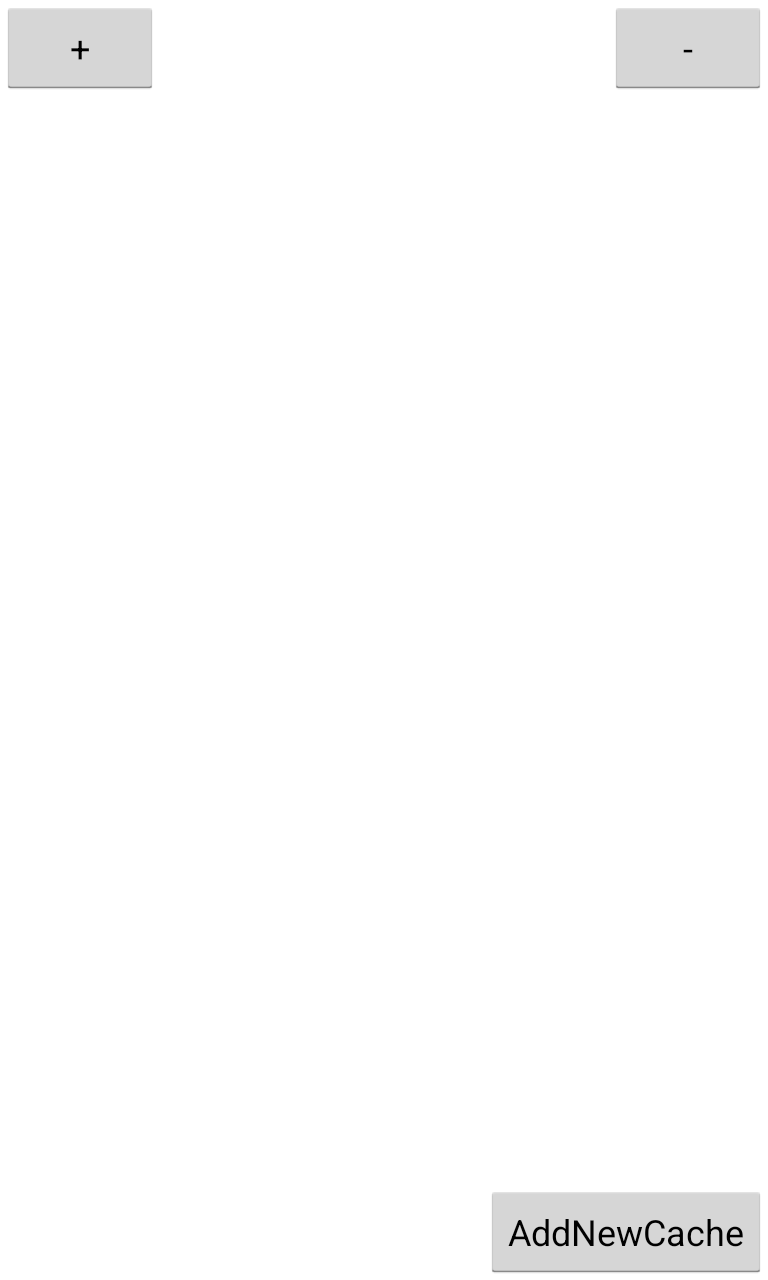
Repository: mpdehnel/seg
Layout: VectorOne/res/layout/activity_radar.xml
An editor plug-in stored every save of this project. The layout is shown before and after a run of saves, followed by the edit.
It is drawn on a 768 x 1280 px phone screen (xhdpi) without system bars, with theme AppTheme; the app's code is not run.

Above is the layout before, as saved 2013-03-14 01:15:49.

### VectorOne/res/layout/activity_radar.xml
<?xml version="1.0" encoding="utf-8"?>
<RelativeLayout xmlns:android="http://schemas.android.com/apk/res/android"
    android:id="@+id/radar_preview"
    android:layout_width="match_parent"
    android:layout_height="match_parent" >

    <Button
        android:id="@+id/addnewCachRadar"
        android:layout_width="wrap_content"
        android:layout_height="wrap_content"
        android:layout_alignParentBottom="true"
        android:layout_alignParentRight="true"
        android:text="@string/addnewCachebutton" />

    <Button
        android:id="@+id/radar_zoomin"
        android:layout_width="80dp"
        android:layout_height="wrap_content"
        android:layout_alignParentLeft="true"
        android:layout_alignParentTop="true"
        android:text="+" />

    <Button
        android:id="@+id/radar_zoomout"
        android:layout_width="80dp"
        android:layout_height="wrap_content"
        android:layout_alignParentRight="true"
        android:layout_alignParentTop="true"
        android:text="-" />

</RelativeLayout>

### VectorOne/res/values/strings.xml
<resources>

    <string name="app_name">CacheCaptains</string>
    <string name="username">Username</string>
    <string name="button_maps">View</string>
    <string name="button_settings">Settings</string>
    <string name="button_user">Me</string>
    <string name="button_cachselect">Caches</string>
    <string name="button_login">LogIn</string>
    <string name="button_clear">Clear</string>
    <string name="button_registration">Register</string>
    <string name="lable_username">username:</string>
    <string name="lable_password">password:</string>
    <string name="question">Help</string>

    <string-array name="Cachs">
        <item>Yes</item>
        <item>No</item>
        <item>All</item>
    </string-array>
    <string-array name="Team">
        <item>My</item>
        <item>NotMine</item>
        <item>All</item>
    </string-array>
    <string-array name="Distance">
        <item>500</item>
        <item>1000</item>
        <item>2000</item>
        <item>5000</item>
        <item>10000</item>
        <item>All</item>
    </string-array>
    <string-array name="Unit">
        <item>m-km</item>
        <item>ft-mile</item>
    </string-array>
       <string-array name="sort">
        <item>name</item>
        <item>distance</item>
    </string-array>

    <string name="leer"></string>

    <string name="addnewCachebutton">AddNewCache</string>

</resources>

Loaded but not shown: VectorOne/res/values/styles.xml (common file); VectorOne/res/values-v11/styles.xml (common file); VectorOne/res/values-v14/styles.xml (common file)

After the next 2 saves:
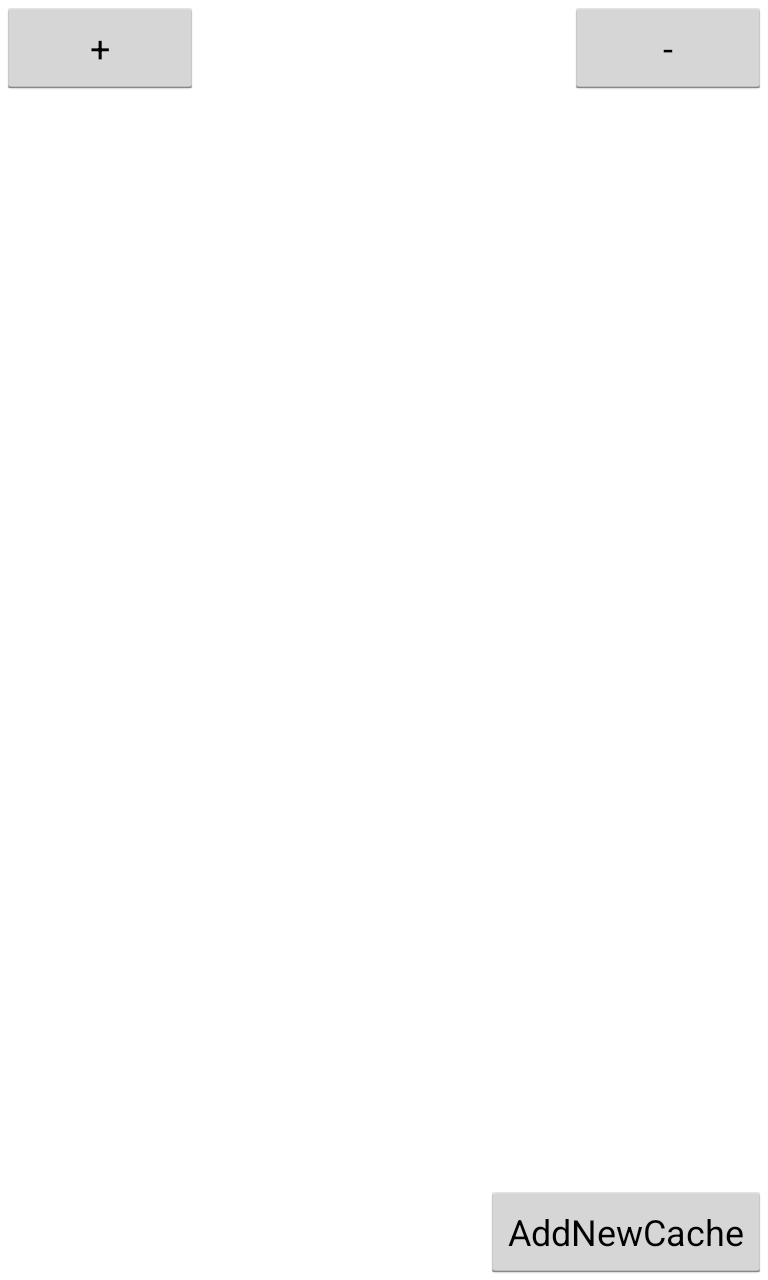
The 2 saves are shown as one change because 1 did not build or start.
The last was saved 2 min 22 s later.
--- a/VectorOne/res/layout/activity_radar.xml
+++ b/VectorOne/res/layout/activity_radar.xml
@@ -14,7 +14,7 @@
 
     <Button
         android:id="@+id/radar_zoomin"
-        android:layout_width="80dp"
+        android:layout_width="100dp"
         android:layout_height="wrap_content"
         android:layout_alignParentLeft="true"
         android:layout_alignParentTop="true"
@@ -22,7 +22,7 @@
 
     <Button
         android:id="@+id/radar_zoomout"
-        android:layout_width="80dp"
+        android:layout_width="100dp"
         android:layout_height="wrap_content"
         android:layout_alignParentRight="true"
         android:layout_alignParentTop="true"
